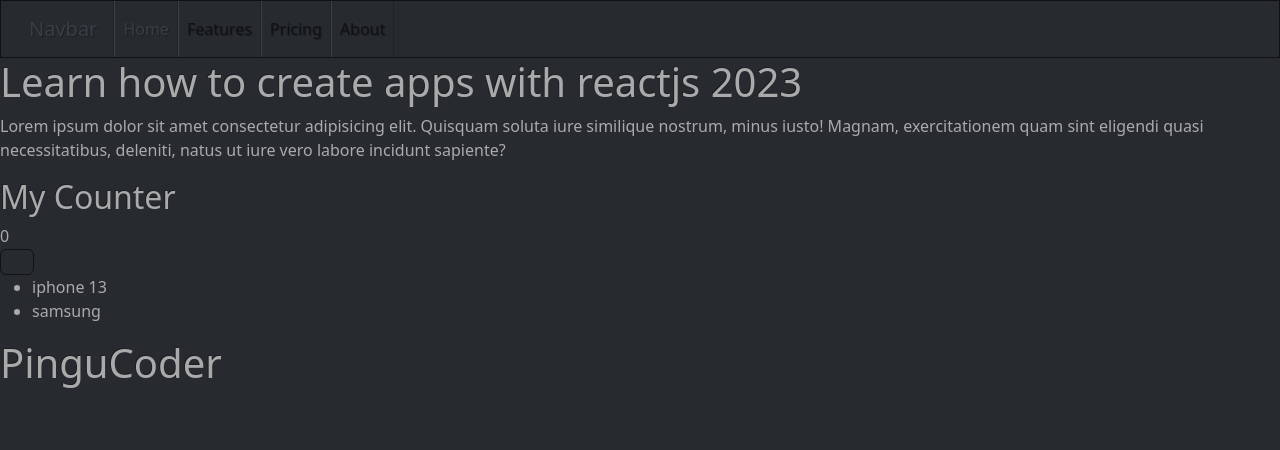
Repository: chanwarichawki/React-BC
Page: /
These files come from the project's save history. The page is drawn as it stood at one moment and after a run of saves; the edit follows.
The browser window is 1280 px wide. The pictures show the whole page.
Some web libraries are served in a nearby version. The project was rebuilt for these pictures with package versions that can differ from the ones it lists, and the page was loaded fresh each time. Also part of the build but not shown: vite.config.js.

Above is the page before, as saved 2024-01-15 15:37:03.

After the next 4 saves:
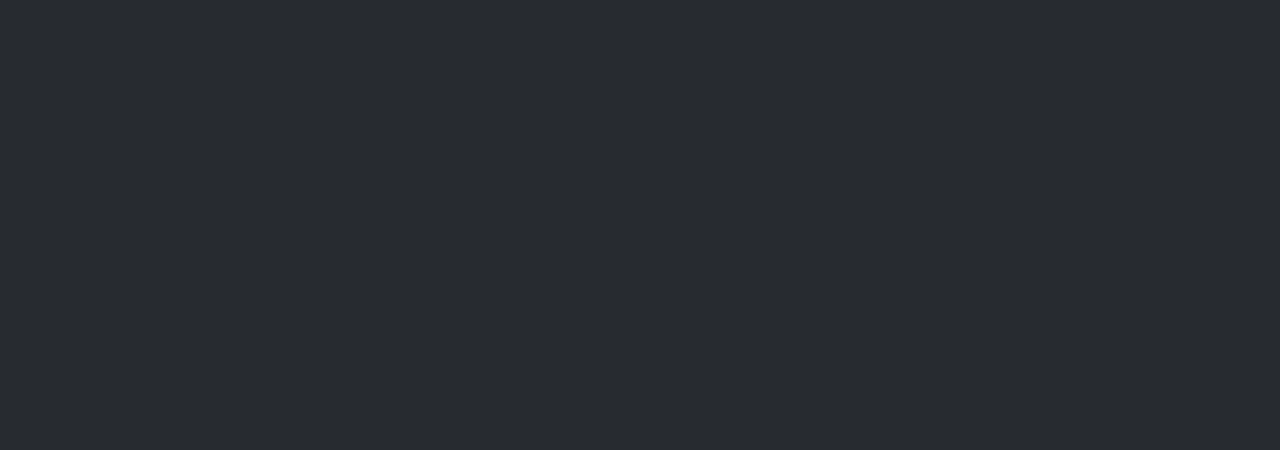
Console error: ReferenceError: Increment is not defined
The 4 saves are shown as one change because they came seconds apart.
The last was saved 18 s later.
--- a/src/components/Counter.jsx
+++ b/src/components/Counter.jsx
@@ -6,7 +6,7 @@
     <>
     <h2>My Counter</h2>
     <div>{count}</div>
-    <button className="btn btn -success"></button>
+    <button className="btn btn -success"><Increment></Increment></button>
     </>
   )
 }

After the save that followed:
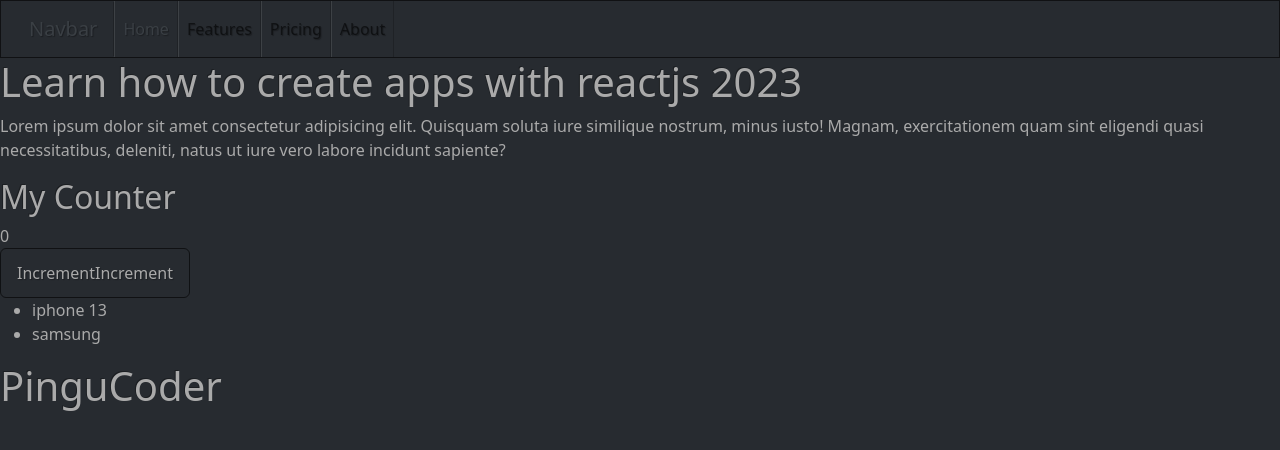
The error is gone.
Saved 8 s later.
--- a/src/components/Counter.jsx
+++ b/src/components/Counter.jsx
@@ -6,7 +6,7 @@
     <>
     <h2>My Counter</h2>
     <div>{count}</div>
-    <button className="btn btn -success"><Increment></Increment></button>
+    <button className="btn btn -success">IncrementIncrement</button>
     </>
   )
 }
